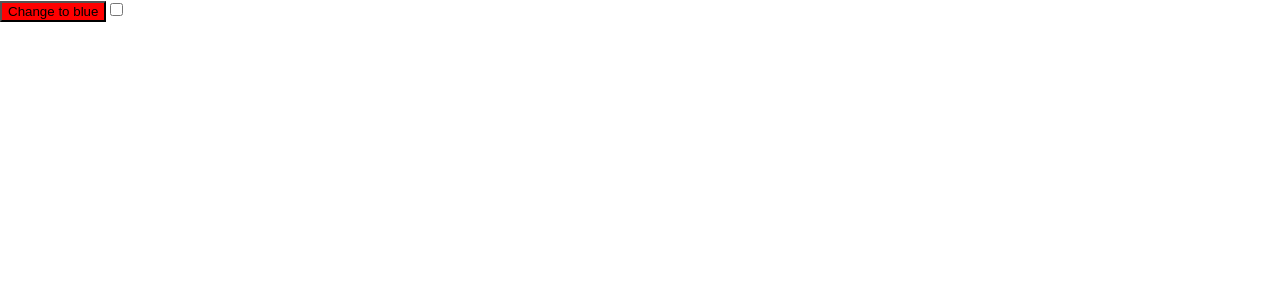
Repository: juanpchica/testing-library-course
Page: /
These files come from the project's save history. The page is drawn as it stood at one moment and after the next save; the edit follows.
The browser window is 1280 px wide. The pictures show the whole page.
The project was rebuilt for these pictures with package versions that can differ from the ones it lists, and the page was loaded fresh each time. Also part of the build but not shown: src/App.css.

Above is the page before, as saved 2022-01-06 20:03:31.

### src/App.js
import { useState } from "react";

import "./App.css";

function App() {
  const [buttonColor, setButtonColor] = useState("red");
  const newButtonColor = buttonColor === "red" ? "blue" : "red";
  const [isDisabled, setIsDisabled] = useState(false);

  return (
    <div>
      <button
        onClick={() => setButtonColor(newButtonColor)}
        style={{ backgroundColor: buttonColor }}
        disabled={isDisabled}
      >
        Change to {newButtonColor}
      </button>

      <input
        type='checkbox'
        onChange={(e) => setIsDisabled(e.target.checked)}
        defaultChecked={isDisabled}
        aria-checked={isDisabled}
        id='disabled-check-button'
      />
    </div>
  );
}

export default App;

Loaded but not shown: public/index.html (common file); src/index.js (common file); src/index.css (common file); src/reportWebVitals.js (common file)

After the next save:
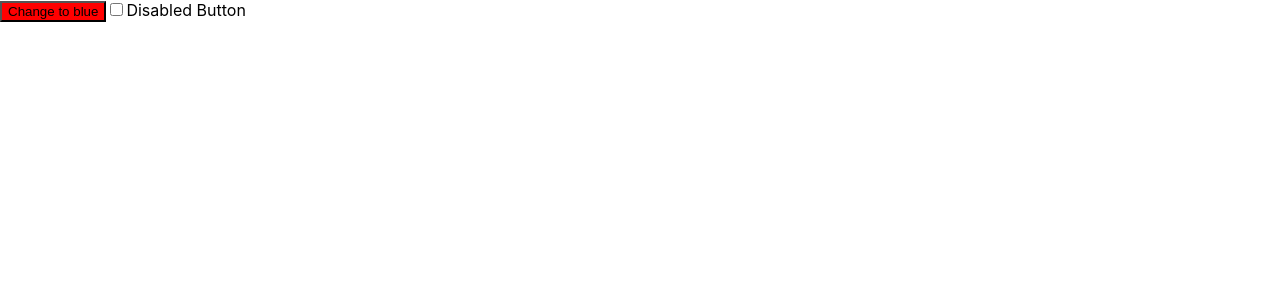
Saved 27 s later.
--- a/src/App.js
+++ b/src/App.js
@@ -24,6 +24,7 @@ function App() {
         aria-checked={isDisabled}
         id='disabled-check-button'
       />
+      <label htmlFor='disabled-check-button'>Disabled Button</label>
     </div>
   );
 }
